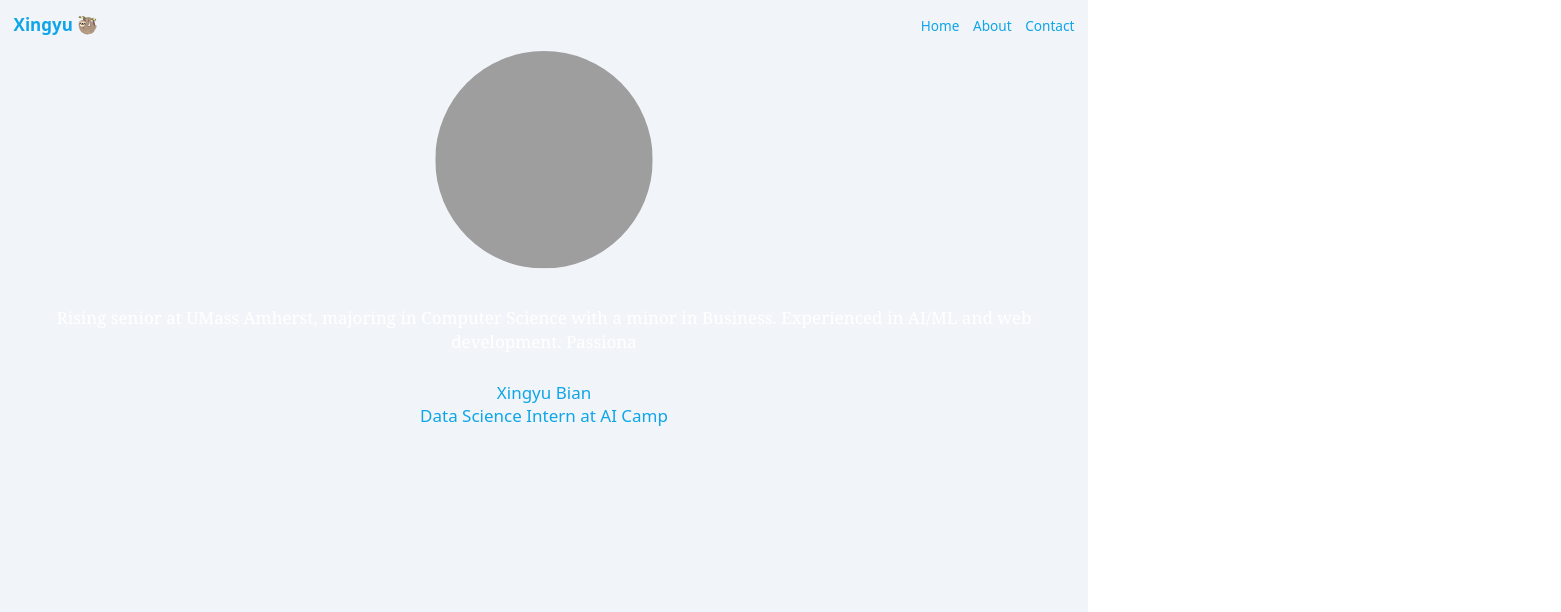
Repository: therealcyberlord/personal-portfolio
Page: /
The author's editor kept a copy of each file at every save. The page is drawn from the files as they stood at one save, then again after the next save.
The browser window is 1280 px wide. The page is 1280 px wide, then 1837 px, then 1280 px, so the pictures cover 1837 px, including what lies to the right of the window. The pictures show the whole page, at 85% of full size.
Pictures or frames that could not be fetched are drawn as grey boxes. The project was rebuilt for these pictures with package versions that can differ from the ones it lists, and the page was loaded fresh each time. Also part of the build but not shown: vite.config.ts, src/pages/About.tsx, src/pages/Contact.tsx.

Above is the page before, as saved 2023-07-23 13:17:16.

### src/App.tsx
import { BrowserRouter as Router, Routes, Route } from "react-router-dom";
import Home from "./pages/Home";
import About from "./pages/About";
import Contact from "./pages/Contact";
import Navbar from "./components/Nav";

function App() {
  return (
    <div className="w-screen h-screen bg-slate-100 dark:bg-slate-800">
      <Router>
        <Navbar />
        <Routes>
          <Route path="/" element={<Home />} />
          <Route path="/about" element={<About />} />
          <Route path="/contact" element={<Contact />} />
        </Routes>
      </Router>
    </div>
  );
}

export default App;

### src/pages/Home.tsx
import Profile from "../components/Profile";

// home page
const Home = () => {
  return (
    <Profile
      name="Xingyu Bian"
      description="Rising senior at UMass Amherst, majoring in Computer Science with a minor in Business. Experienced in AI/ML and web development. Passionate about leveraging machine learning, particularly large language models (LLMs), to tackle complex problems."
      img_path="https://avatars.githubusercontent.com/u/30872286?v=4"
      role="Data Science Intern at AI Camp"
    />
  );
};

export default Home;

### src/components/Nav.tsx
import { Link } from "react-router-dom";

const Navbar = () => {
  return (
    <nav className="p-4">
      <div className="flex justify-between items-center">
        <div className="text-sky-500 dark:text-sky-400 font-bold text-xl">
          Xingyu 🦥
        </div>
        <ul className="flex space-x-4">
          <li>
            <Link
              to="/"
              className="text-sky-500 dark:text-sky-400 hover:text-blue-200 dark:hover:text-blue-200 transition duration-300"
            >
              Home
            </Link>
          </li>
          <li>
            <Link
              to="/about"
              className="text-sky-500 dark:text-sky-400 hover:text-blue-200 dark:hover:text-blue-200 transition duration-300"
            >
              About
            </Link>
          </li>
          <li>
            <Link
              to="/contact"
              className="text-sky-500 dark:text-sky-400 hover:text-blue-200 dark:hover:text-blue-200 transition duration-300"
            >
              Contact
            </Link>
          </li>
        </ul>
      </div>
    </nav>
  );
};

export default Navbar;

### src/components/Profile.tsx
import React, { useState, useEffect } from "react";

interface ProfileProps {
  name: string;
  description: string;
  img_path: string;
  role: string;
}

const Profile: React.FC<ProfileProps> = ({
  name,
  description,
  img_path,
  role,
}) => {
  // track current index and typed text
  const [typedText, setTypedText] = useState("");
  const [currentIndex, setCurrentIndex] = useState(0);

  useEffect(() => {
    const timer = setInterval(() => {
      if (currentIndex < description.length) {
        setCurrentIndex(currentIndex + 1);
        setTypedText((prevText) => prevText + description[currentIndex]);
      } else {
        clearInterval(timer);
      }
    }, 40);

    return () => {
      clearInterval(timer);
    };
  }, [typedText]);

  return (
    <>
      <img
        className="w-64 h-64 rounded-full mx-auto"
        src={img_path}
        alt="Xingyu's profile picture"
      />
      <figure className="flex">
        <div className="pt-6 text-center space-y-4">
          <blockquote>
            <p className="p-5 text-lg text-white text-xl font-serif">
              {typedText}
            </p>
          </blockquote>
        </div>
      </figure>
      <figcaption className="font-medium text-center my-3">
        <p className="text-sky-500 dark:text-sky-400 text-xl">{name}</p>
        <p className="text-sky-500 dark:text-sky-400 text-xl">{role}</p>
      </figcaption>
    </>
  );
};

export default Profile;

### tailwind.config.js
/** @type {import('tailwindcss').Config} */

export default {
  content: ["./index.html", "./src/**/*.{js,ts,jsx,tsx}"],
  theme: {
    extend: {
      colors: {
        primary: "#202225",
        secondary: "#5865f2",
      },
    },
  },
  plugins: [],
};

Loaded but not shown: src/main.tsx (common file); src/index.css (common file)

After the next save:
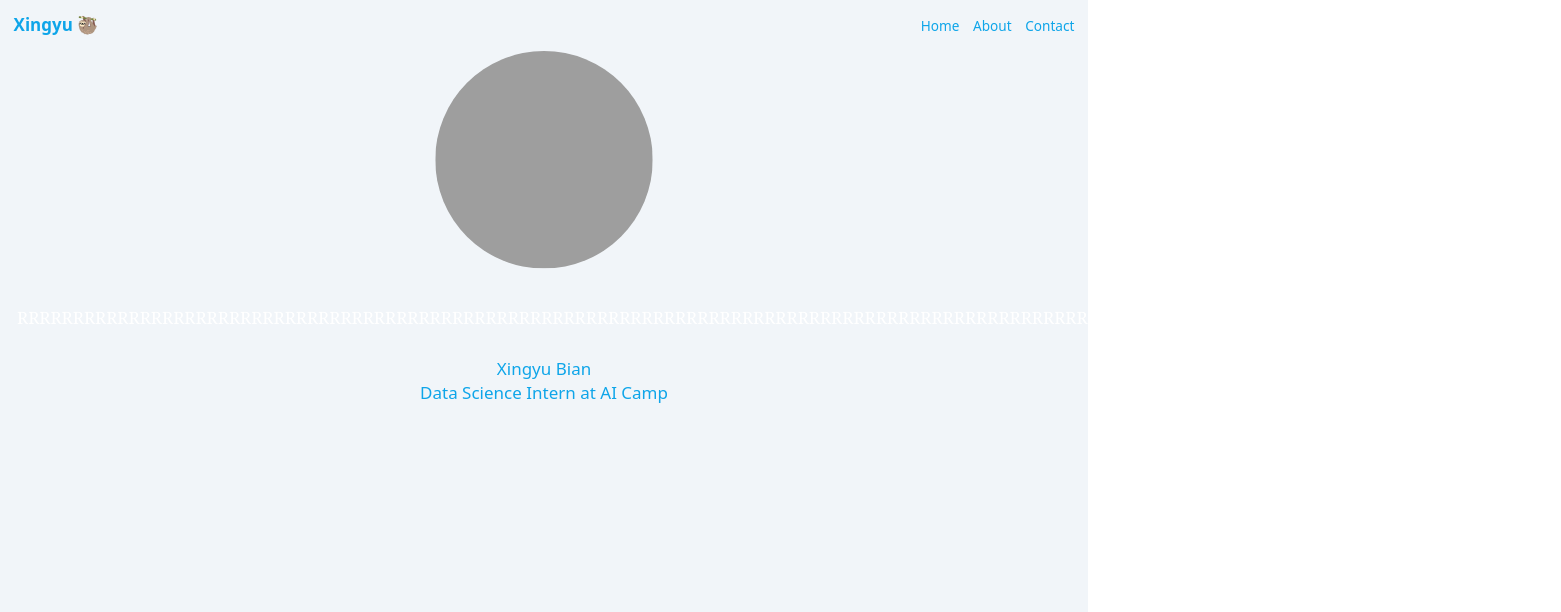
Saved 54 s later.
--- a/src/components/Profile.tsx
+++ b/src/components/Profile.tsx
@@ -30,7 +30,7 @@
     return () => {
       clearInterval(timer);
     };
-  }, [typedText]);
+  }, [description]);
 
   return (
     <>

After the save that followed:
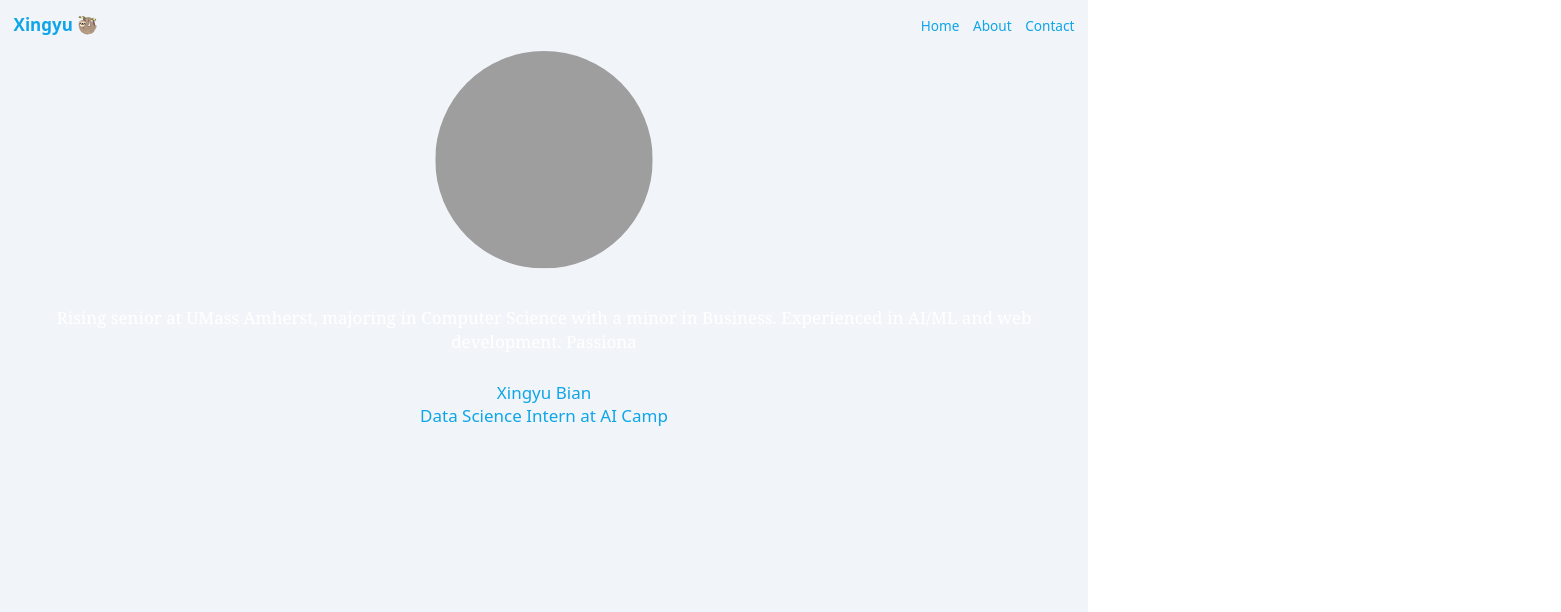
Saved 3 min 48 s later.
--- a/src/components/Profile.tsx
+++ b/src/components/Profile.tsx
@@ -30,7 +30,7 @@
     return () => {
       clearInterval(timer);
     };
-  }, [description]);
+  }, [typedText]);
 
   return (
     <>
